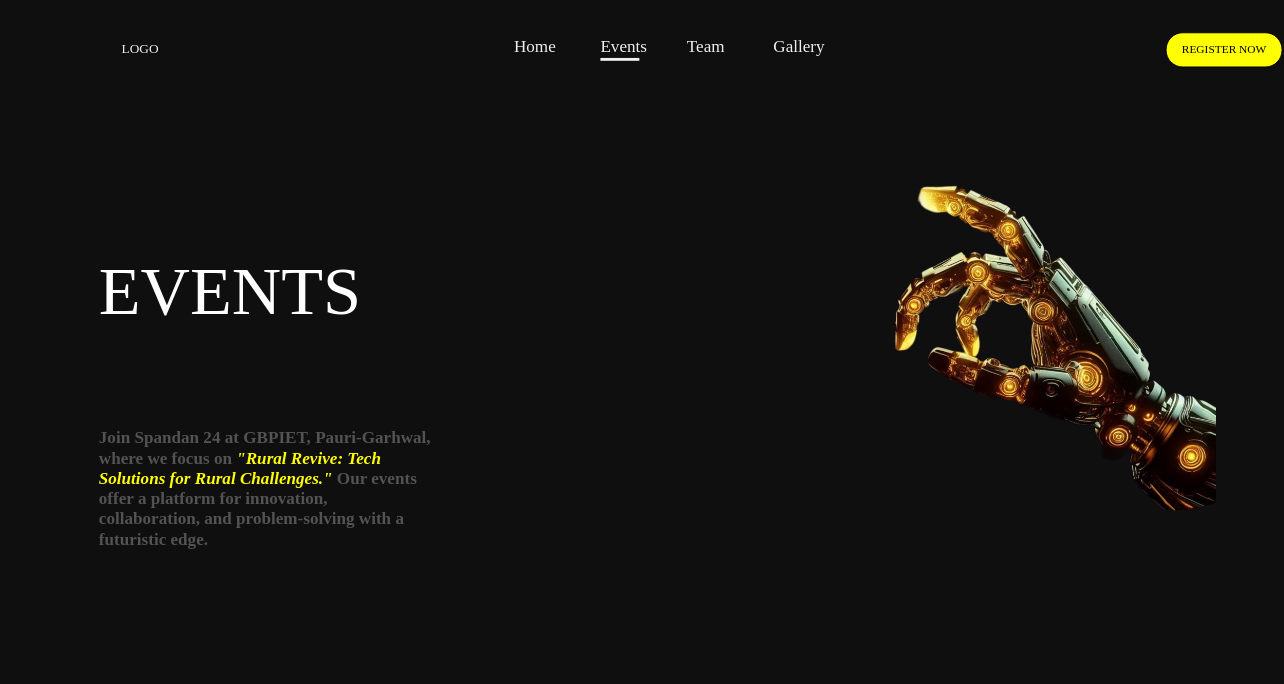
Repository: s4bbi/spandan-3.0
Page: /Events
The author's editor kept a copy of each file at every save. The page is drawn from the files as they stood at one save, then again after a run of saves.
The browser window is 1280 px wide. The page is 1350 px wide, then 1352 px, so the pictures cover 1352 px, including what lies to the right of the window. The pictures show the whole page, at 95% of full size.
The project was rebuilt for these pictures with package versions that can differ from the ones it lists, and the page was loaded fresh each time. Also part of the build but not shown: vite.config.js, src/pages/Home/Home.jsx.

Above is the page before, as saved 2024-11-02 02:45:31.

After the next 2 saves:
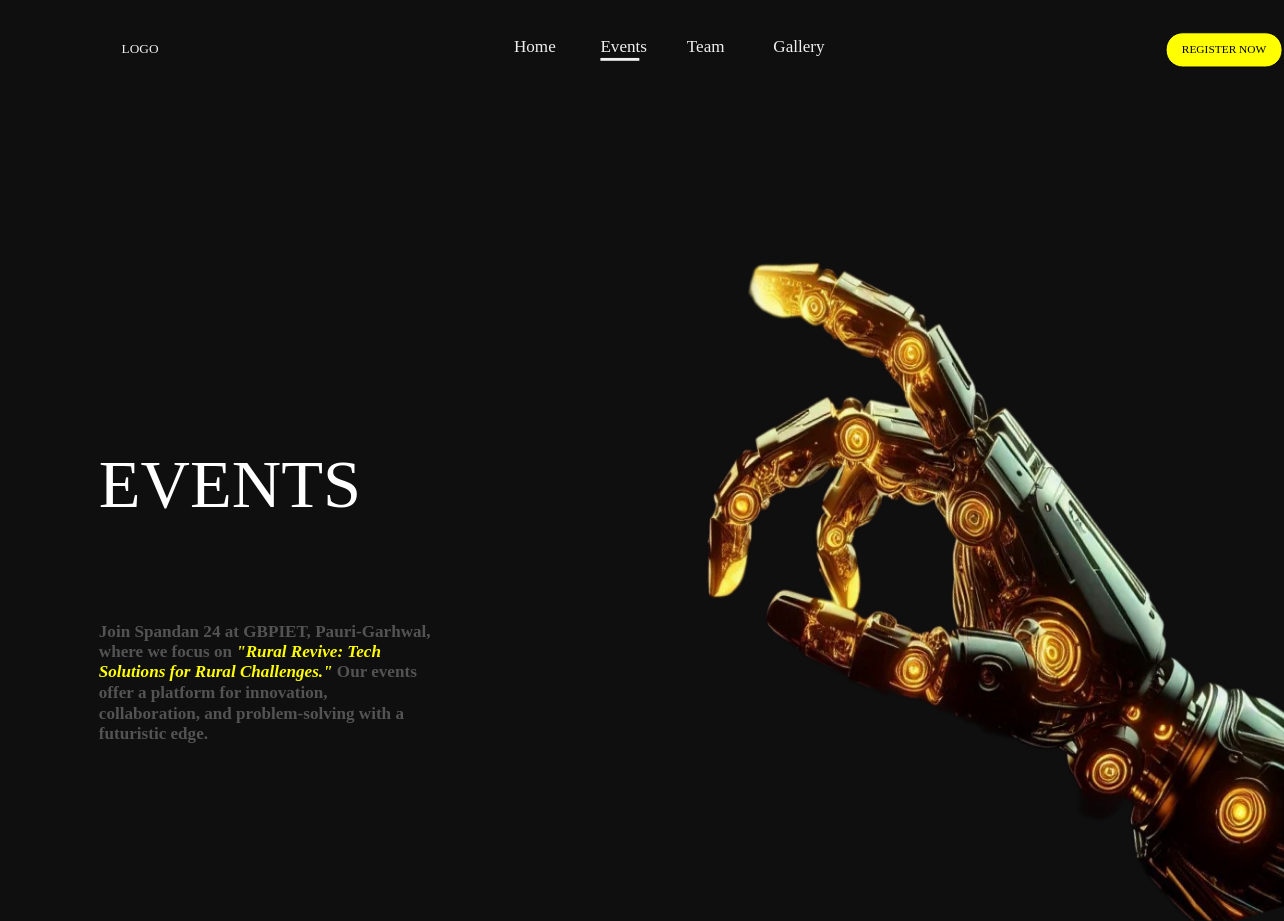
The 2 saves are shown as one change because they came seconds apart.
The last was saved 57 s later.
--- a/src/components/HeroSection/HeroSection.css
+++ b/src/components/HeroSection/HeroSection.css
@@ -52,9 +52,7 @@
     top: -108px;
     left: 1382.97px;
 
-angle: -165 deg;
 
-    width: 45%;
-    max-width: 500px;
-    height: auto;
+
+
   }
